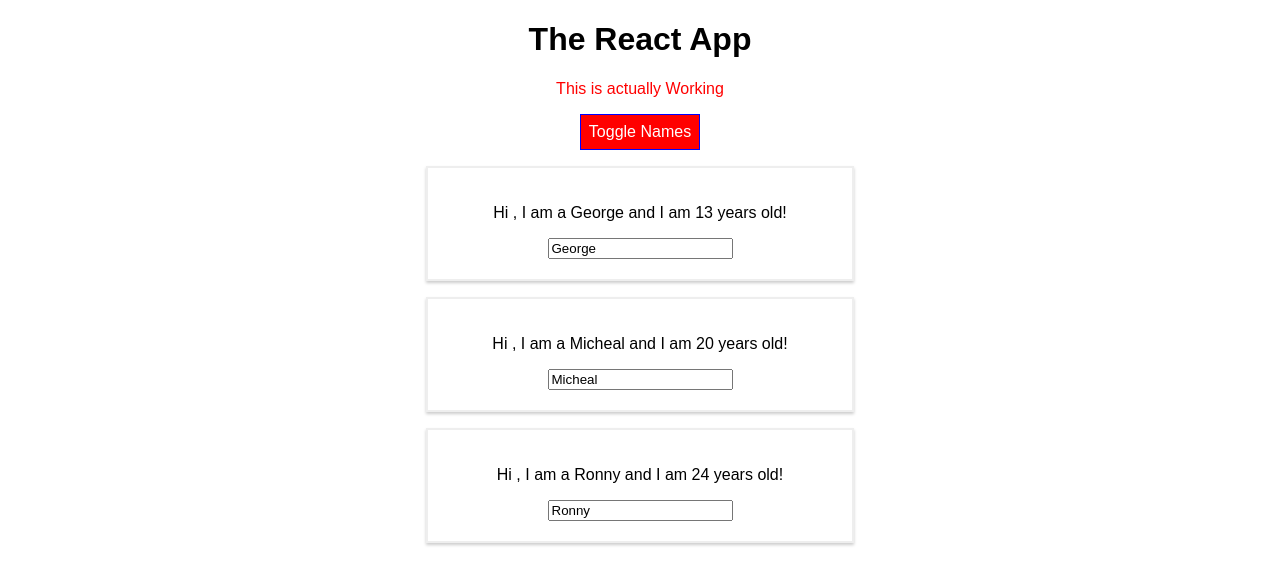
Repository: PiyushRajmsit/React-Basic-App
Page: /
These files come from the project's save history. The page is drawn as it stood at one moment and after the next save; the edit follows.
The browser window is 1280 px wide. The pictures show the whole page.
The project was rebuilt for these pictures with package versions that can differ from the ones it lists, and the page was loaded fresh each time.

Above is the page before, as saved 2020-05-31 14:56:21.

After the next save:
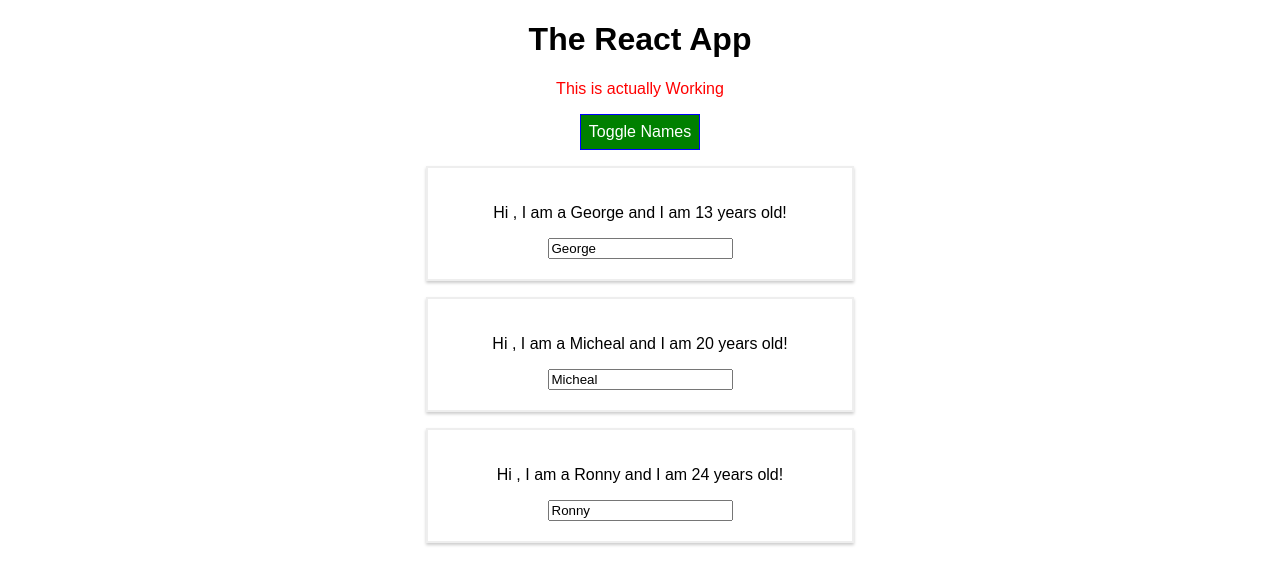
Saved 52 s later.
--- a/src/App.js
+++ b/src/App.js
@@ -60,18 +60,6 @@ class App extends Component {
   }
 
   render() {
-    const style = {
-      backgroundColor : 'Green',
-      color : 'White',
-      border: '1px solid Blue',
-      padding : '8px',
-      font : 'inherit',
-      cursor : 'pointer',
-      ':hover' : {
-          backgroundColor: 'lightgreen',
-          color: 'black'
-      }
-    };
     let person = null;
     let classes = [];
     if(this.state.person.length <= 3)
@@ -97,17 +85,13 @@ class App extends Component {
             )}
           </div>
           );
-      style.backgroundColor = 'red';
-      style[':hover'] = {
-        backgroundColor: 'salmon',
-        color: 'black'
-      }
+
     }
     return(
       <div className="App">
         <h1> The React App</h1>
         <p className={classes.join(' ')}> This is actually Working</p>
-        <button style={style} onClick={this.togglePersonHandler}> Toggle Names </button>
+        <button className='Button' onClick={this.togglePersonHandler}> Toggle Names </button>
         {person}
       </div>
     );
